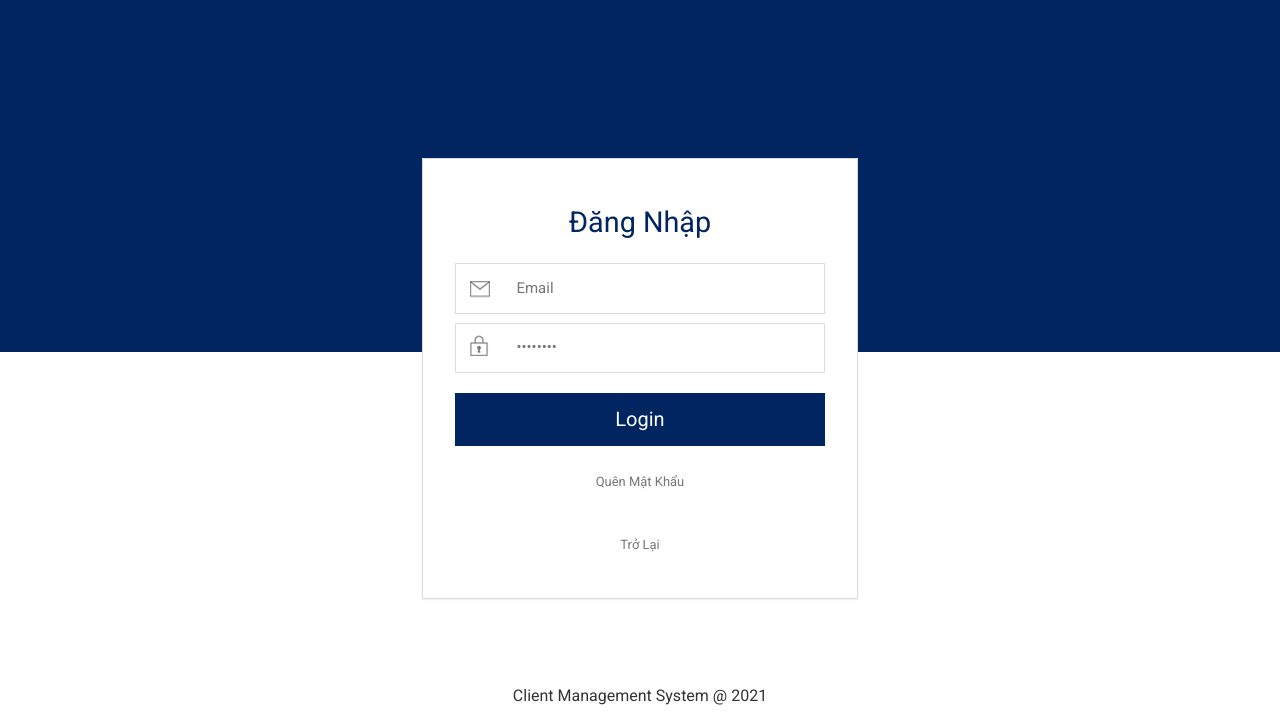
Repository: HuynhDuc23/PHPMNM
Page: http://localhost/Client-Management-System-using-PHP-MySQL (1)/Client Management System using PHP & MySQL/clientms/client/index.php
These files come from the project's save history. The page is drawn as it stood at one moment and after the next save; the edit follows.
The browser window is 1280 px wide. The pictures show the whole page.
An inner scrolling area shows only its first screen. The page is run by PHP 8.4 with error messages shown; the project is at /var/www/html/.

Above is the page before, as saved 2023-05-17 01:17:40.

### Client-Management-System-using-PHP-MySQL (1)/Client Management System using PHP & MySQL/clientms/client/index.php
<?php
session_start();
error_reporting(0);
include('includes/dbconnection.php');

if(isset($_POST['login']))
  {
    $email=$_POST['email'];
    $password=md5($_POST['password']);
    $sql ="SELECT ID FROM tblclient WHERE Email=:email and Password=:password";
    $query=$dbh->prepare($sql);
    $query-> bindParam(':email', $email, PDO::PARAM_STR);
$query-> bindParam(':password', $password, PDO::PARAM_STR);
    $query-> execute();
    $results=$query->fetchAll(PDO::FETCH_OBJ);
    if($query->rowCount() > 0)
{
foreach ($results as $result) {
$_SESSION['clientmsuid']=$result->ID;
}
$_SESSION['login']=$_POST['username'];
echo "<script type='text/javascript'> document.location ='dashboard.php'; </script>";
} else{
echo "<script>alert('Invalid Details');</script>";
}
}

?>
<!DOCTYPE HTML>
<html>
<head>
	<title>Quản Lí Khách Hàng</title>

	<script type="application/x-javascript"> addEventListener("load", function() { setTimeout(hideURLbar, 0); }, false); function hideURLbar(){ window.scrollTo(0,1); } </script>
	<!-- Bootstrap Core CSS -->
	<link rel="shortcut icon" href="https://media.istockphoto.com/id/1473149698/vi/anh/%C4%91%E1%BB%93-th%E1%BB%8B-ph%C3%A2n-t%C3%ADch-d%E1%BB%AF-li%E1%BB%87u-t%C3%A0i-ch%C3%ADnh-doanh-nghi%E1%BB%87p-c%E1%BB%91-v%E1%BA%A5n-s%E1%BB%AD-d%E1%BB%A5ng-kpi-dashboard-tr%C3%AAn-m%C3%A0n-h%C3%ACnh-%E1%BA%A3o.jpg?s=612x612&w=is&k=20&c=uYafHnfdG671k7mVVh3FiBQ45ayPSq36T5tPMYJyLYU=" type="image/x-icon">
	<link href="css/bootstrap.min.css" rel='stylesheet' type='text/css' />
	<!-- Custom CSS -->
	<link href="css/style.css" rel='stylesheet' type='text/css' />
	<!-- Graph CSS -->
	<link href="css/font-awesome.css" rel="stylesheet">
	<!-- jQuery -->
	<link href='//fonts.googleapis.com/css?family=Roboto:700,500,300,100italic,100,400' rel='stylesheet' type='text/css'>
	<!-- lined-icons -->
	<link rel="stylesheet" href="css/icon-font.min.css" type='text/css' />
	<!-- //lined-icons -->
	<script src="js/jquery-1.10.2.min.js"></script>
	<!--clock init-->
</head>
<body>
	<div class="error_page">

		<div class="error-top">
			<h2 class="inner-tittle page"></h2>
			<div class="login">

				<div class="buttons login">
					<h3 class="inner-tittle t-inner" style="color: #002561">Đăng Nhập</h3>
				</div>
				<form id="login" method="post" name="login">
					<input type="text" class="text" value="Email" onfocus="this.value = '';" onblur="if (this.value == '') {this.value = 'E-mail address';}" name="email" required="true">
					<input type="password" value="Password" onfocus="this.value = '';" onblur="if (this.value == '') {this.value = 'Password';}" name="password" required="true">
					<div class="submit"><input type="submit" onclick="myFunction()" value="Login" name="login" ></div>
					<div class="clearfix"></div>

					<div class="new">
						<p><a href="forgot-password.php">Quên Mật Khẩu</a></p><br />
						<p><a href="../index.php">Trở Lại</a></p>
						<!-- <div class="clearfix">hello</div> -->
					</div>
				</form>
			</div>


		</div>


		<!--//login-top-->
	</div>

	<!--//login-->
	<!--footer section start-->
	<div class="footer">
		<?php include_once('includes/footer.php');?>
	</div>
	<!--footer section end-->
	<!--/404-->
	<!--js -->
	<script src="js/jquery.nicescroll.js"></script>
	<script src="js/scripts.js"></script>
	<!-- Bootstrap Core JavaScript -->
	<script src="js/bootstrap.min.js"></script>
</body>
</html>

### Client-Management-System-using-PHP-MySQL (1)/Client Management System using PHP & MySQL/clientms/client/includes/dbconnection.php
<?php
// DB credentials.
define('DB_HOST','localhost');
define('DB_USER','root');
define('DB_PASS','');
define('DB_NAME','clientmsdb');
// Establish database connection.
try
{
$dbh = new PDO("mysql:host=".DB_HOST.";dbname=".DB_NAME,DB_USER, DB_PASS,array(PDO::MYSQL_ATTR_INIT_COMMAND => "SET NAMES 'utf8'"));
}
catch (PDOException $e)
{
exit("Error: " . $e->getMessage());
}
?>

### Client-Management-System-using-PHP-MySQL (1)/Client Management System using PHP & MySQL/clientms/client/includes/footer.php
 <footer>
            <p>Client Management System @ 2021</p>
        </footer>

### Client-Management-System-using-PHP-MySQL (1)/Client Management System using PHP & MySQL/clientms/client/js/scripts.js
(function() {
    "use strict";

    // custom scrollbar

    $("html").niceScroll({styler:"fb",cursorcolor:"#00C6D7", cursorwidth: '5', cursorborderradius: '10px', background: '#002561', spacebarenabled:false, cursorborder: '0',  zindex: '1000'});

    $(".left-side").niceScroll({styler:"fb",cursorcolor:"#00C6D7", cursorwidth: '3', cursorborderradius: '10px', background: '#002561', spacebarenabled:false, cursorborder: '0'});


    $(".left-side").getNiceScroll();
    if ($('body').hasClass('left-side-collapsed')) {
        $(".left-side").getNiceScroll().hide();
    }



    // Toggle Left Menu
   jQuery('.menu-list > a').click(function() {

      var parent = jQuery(this).parent();
      var sub = parent.find('> ul');

      if(!jQuery('body').hasClass('left-side-collapsed')) {
         if(sub.is(':visible')) {
            sub.slideUp(200, function(){
               parent.removeClass('nav-active');
               jQuery('.main-content').css({height: ''});
               mainContentHeightAdjust();
            });
         } else {
            visibleSubMenuClose();
            parent.addClass('nav-active');
            sub.slideDown(200, function(){
                mainContentHeightAdjust();
            });
         }
      }
      return false;
   });

   function visibleSubMenuClose() {
      jQuery('.menu-list').each(function() {
         var t = jQuery(this);
         if(t.hasClass('nav-active')) {
            t.find('> ul').slideUp(200, function(){
               t.removeClass('nav-active');
            });
         }
      });
   }

   function mainContentHeightAdjust() {
      // Adjust main content height
      var docHeight = jQuery(document).height();
      if(docHeight > jQuery('.main-content').height())
         jQuery('.main-content').height(docHeight);
   }

   //  class add mouse hover
   jQuery('.custom-nav > li').hover(function(){
      jQuery(this).addClass('nav-hover');
   }, function(){
      jQuery(this).removeClass('nav-hover');
   });


   // Menu Toggle
   jQuery('.toggle-btn').click(function(){
       $(".left-side").getNiceScroll().hide();

       if ($('body').hasClass('left-side-collapsed')) {
           $(".left-side").getNiceScroll().hide();
       }
      var body = jQuery('body');
      var bodyposition = body.css('position');

      if(bodyposition != 'relative') {

         if(!body.hasClass('left-side-collapsed')) {
            body.addClass('left-side-collapsed');
            jQuery('.custom-nav ul').attr('style','');

            jQuery(this).addClass('menu-collapsed');

         } else {
            body.removeClass('left-side-collapsed chat-view');
            jQuery('.custom-nav li.active ul').css({display: 'block'});

            jQuery(this).removeClass('menu-collapsed');

         }
      } else {

         if(body.hasClass('left-side-show'))
            body.removeClass('left-side-show');
         else
            body.addClass('left-side-show');

         mainContentHeightAdjust();
      }

   });


   searchform_reposition();

   jQuery(window).resize(function(){

      if(jQuery('body').css('position') == 'relative') {

         jQuery('body').removeClass('left-side-collapsed');

      } else {

         jQuery('body').css({left: '', marginRight: ''});
      }

      searchform_reposition();

   });

   function searchform_reposition() {
      if(jQuery('.searchform').css('position') == 'relative') {
         jQuery('.searchform').insertBefore('.left-side-inner .logged-user');
      } else {
         jQuery('.searchform').insertBefore('.menu-right');
      }
   }
})(jQuery);

                      // Dropdowns Script
						$(document).ready(function() {
						  $(document).on('click', function(ev) {
						    ev.stopImmediatePropagation();
						    $(".dropdown-toggle").dropdown("active");
						  });
						});



  /************** Search ****************/
		$(function() {
	    var button = $('#loginButton');
	    var box = $('#loginBox');
	    var form = $('#loginForm');
	    button.removeAttr('href');
	    button.mouseup(function(login) {
	        box.toggle();
	        button.toggleClass('active');
	    });
	    form.mouseup(function() {
	        return false;
	    });
	    $(this).mouseup(function(login) {
	        if(!($(login.target).parent('#loginButton').length > 0)) {
	            button.removeClass('active');
	            box.hide();
	        }
	    });
	});

Loaded but not shown: Client-Management-System-using-PHP-MySQL (1)/Client Management System using PHP & MySQL/clientms/client/css/bootstrap.min.css (library); Client-Management-System-using-PHP-MySQL (1)/Client Management System using PHP & MySQL/clientms/client/css/style.css (library); Client-Management-System-using-PHP-MySQL (1)/Client Management System using PHP & MySQL/clientms/client/css/font-awesome.css (library); Client-Management-System-using-PHP-MySQL (1)/Client Management System using PHP & MySQL/clientms/client/css/icon-font.min.css (library); Client-Management-System-using-PHP-MySQL (1)/Client Management System using PHP & MySQL/clientms/client/js/jquery-1.10.2.min.js (library); Client-Management-System-using-PHP-MySQL (1)/Client Management System using PHP & MySQL/clientms/client/js/jquery.nicescroll.js (library); Client-Management-System-using-PHP-MySQL (1)/Client Management System using PHP & MySQL/clientms/client/js/bootstrap.min.js (library)

After the next save:
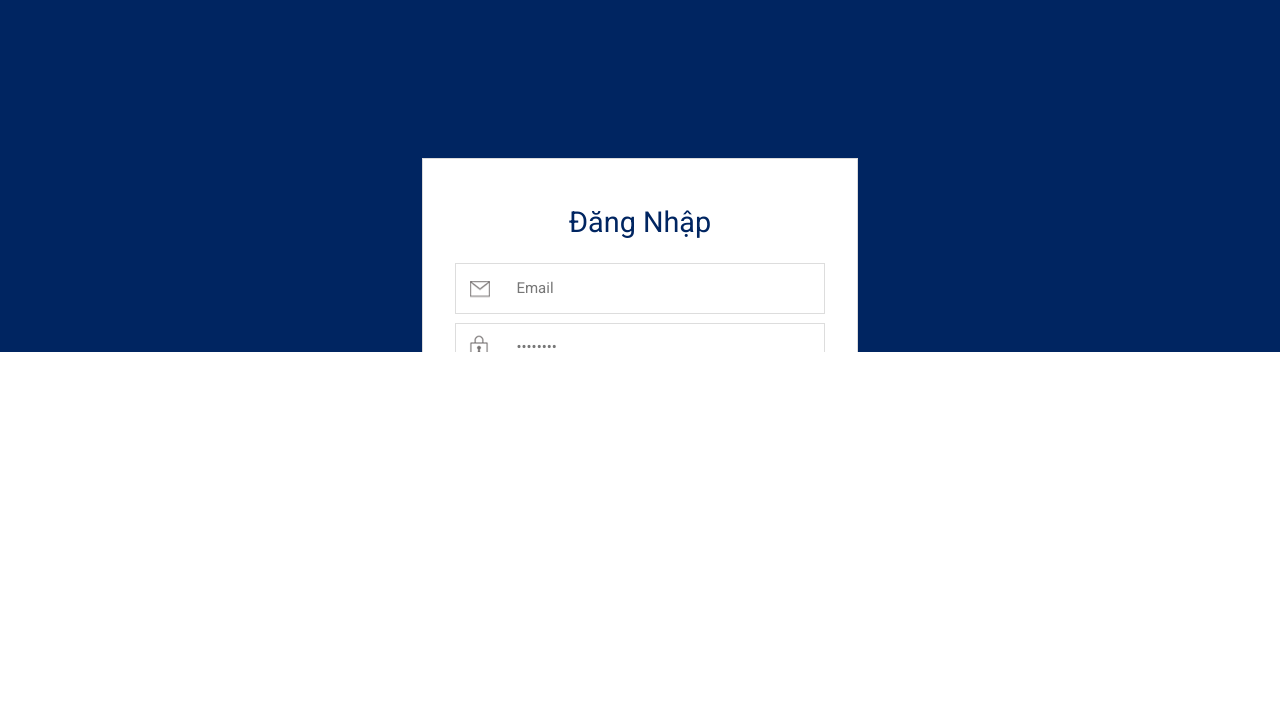
Saved 65 s later.
--- a/Client-Management-System-using-PHP-MySQL (1)/Client Management System using PHP & MySQL/clientms/client/index.php
+++ b/Client-Management-System-using-PHP-MySQL (1)/Client Management System using PHP & MySQL/clientms/client/index.php
@@ -80,9 +80,8 @@
 
 	<!--//login-->
 	<!--footer section start-->
-	<div class="footer">
-		<?php include_once('includes/footer.php');?>
-	</div>
+
+
 	<!--footer section end-->
 	<!--/404-->
 	<!--js -->

After the save that followed:
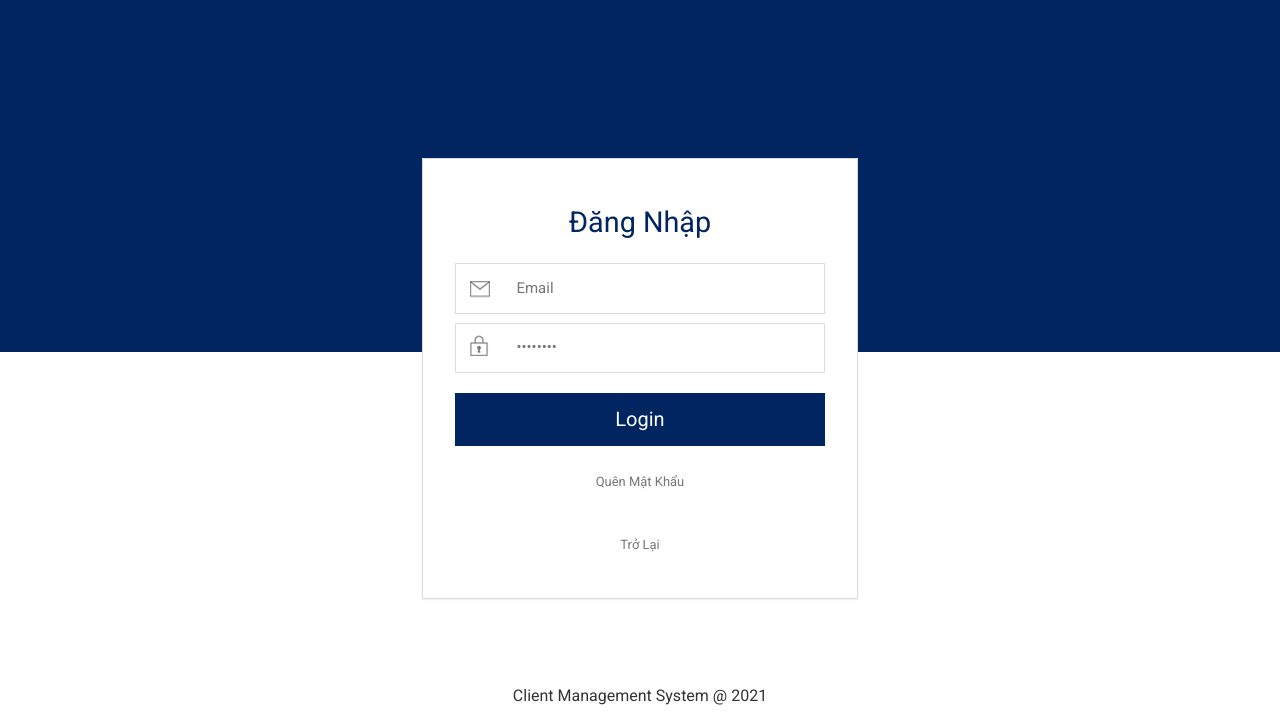
Saved 27 s later.
--- a/Client-Management-System-using-PHP-MySQL (1)/Client Management System using PHP & MySQL/clientms/client/index.php
+++ b/Client-Management-System-using-PHP-MySQL (1)/Client Management System using PHP & MySQL/clientms/client/index.php
@@ -81,7 +81,9 @@
 	<!--//login-->
 	<!--footer section start-->
 
-
+	<div class="footer">
+		<?php include_once('includes/footer.php');?>
+	</div>
 	<!--footer section end-->
 	<!--/404-->
 	<!--js -->
